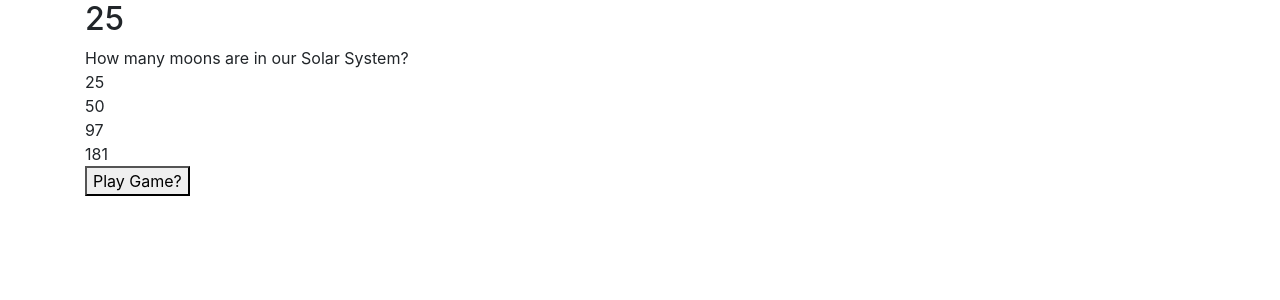
Repository: dsaftler/Trivia
Page: index.html
The author's editor kept a copy of each file at every save. The page is drawn from the files as they stood at one save, then again after the next save.
The browser window is 1280 px wide. The pictures show the whole page.

Above is the page before, as saved 2019-04-12 23:01:47.

### index.html
<!DOCTYPE html>
<html lang="en">
<head>
  <meta charset="UTF-8">
  <meta name="viewport" content="width=device-width, initial-scale=1.0">
  <meta http-equiv="X-UA-Compatible" content="ie=edge">
  <link rel="stylesheet" href="https://stackpath.bootstrapcdn.com/bootstrap/4.3.1/css/bootstrap.min.css"
    integrity="sha384-ggOyR0iXCbMQv3Xipma34MD+dH/1fQ784/j6cY/iJTQUOhcWr7x9JvoRxT2MZw1T" crossorigin="anonymous">
  <!-- custom css -->
  <link rel="stylesheet" href="assets/css/style.css" type="text/css">

  <title>Trivia Game</title>
</head>
<body>
<div class="container">
  <div class="showTimer"><span id="timer"></span></div>
  <div class="showQuestion"><span id="question"></span></div>
  <div class="showAnswer"><span id="answer"></span></div>
  <div id="showWinsCnt"><span id="wins"></span></div>
  <div id="showLoseCnt"><span id="wrongs"></span></div>
  <div id="showMissCnt"><span id="misses"></span></div>
  <div class="answers" id="answer0"></div>
  <div class="answers" id="answer1"></div>
  <div class="answers" id="answer2"></div>
  <div class="answers" id="answer3"></div>
  <button id="newGame">Play Game?</button>
  <!-- <button id="temp1" onclick="newQuestion()">Next Question?</button> -->
</div>

<!-- bootstrap scripts -->
<script src="https://code.jquery.com/jquery-3.3.1.slim.min.js"
  integrity="sha384-q8i/X+965DzO0rT7abK41JStQIAqVgRVzpbzo5smXKp4YfRvH+8abtTE1Pi6jizo" crossorigin="anonymous"></script>
<script src="https://cdnjs.cloudflare.com/ajax/libs/popper.js/1.14.7/umd/popper.min.js"
  integrity="sha384-UO2eT0CpHqdSJQ6hJty5KVphtPhzWj9WO1clHTMGa3JDZwrnQq4sF86dIHNDz0W1" crossorigin="anonymous"></script>
<script src="https://stackpath.bootstrapcdn.com/bootstrap/4.3.1/js/bootstrap.min.js"
  integrity="sha384-JjSmVgyd0p3pXB1rRibZUAYoIIy6OrQ6VrjIEaFf/nJGzIxFDsf4x0xIM+B07jRM" crossorigin="anonymous"></script>
<script src="assets/javascript/app.js"></script>


</body>
</html>

### assets/css/style.css
.showTimer
.showQuestion
.showAnswer
.showWinsCnt
.showLoseCnt
.answers

### assets/javascript/app.js
// Advanced game has a 30 second timer that counts down to 0 for each question
// If the timer is 0 OR  a wrong answer is chosen:
  // show the correct answer for 5 seconds
// display a new question
// restart the timer with no user interaction

// questions are contained in an array with question, array of answers, index of correct answer
// question shows in questionId
// "Correct"  or "Correct Answer" shows in answerId
// 4 possible answers show in 4 clickable buttons
// buttons have hover behavior
//  only one can be selected (by click)

// scores for Wins, Losses, and Unanswered are kept (correct, wrong, timer ==0)
// ask to play again in link
// click on play restarts the game without re-loading the page

var qArray =[];
var wins, wrongs, misses, seconds;
var correctAnswerId;
var timer;
var seconds;
var isNewGame = true;
var timerRunning=false;
var i;

// var States = {
//   PREGAME: 1,
//   PLAYING: 2,
//   GAMEOVER: 3,
//   YOUWON: 4
// };
// var GameState = States.PREGAME;


$(document).ready(function () {
  initGame();


  $(".answers").click(function() {
    stopTimer();
    var $target = $(this).attr("id")
    for(let j = 0; j<4; j++) {
      jtarget = "answer" + j
      //console.log(jtarget)
      if (jtarget === $target){
        if (j === correctAnswerId){
          win();
        } else {
          lose();
        }
      }
    }
  })
})

function initGame() {

  wins = 0;
  wrongs = 0;
  misses = 0;
  i = 0;
  loadQuestions();
  newQuestion(i);
  //qArray.jsGameState = States.PLAYING;
 // newQuestion();
}


function newQuestion(i)
{
  // show game pieces: question, answers
  console.log(qArray[i]);
  $("#question").text(qArray[i].question);
  $("#answer0").text(qArray[i].ansArray[0]);
  console.log(qArray[i].ansArray[0]);
  $("#answer1").text(qArray[i].ansArray[1]);
  $("#answer2").text(qArray[i].ansArray[2]);
  $("#answer3").text(qArray[i].ansArray[3]);
  correctAnswerId = qArray[i].correct;
  console.log(qArray[i].ansArray[correctAnswerId]);
  info = qArray[i].extra;
  seconds = 30;
  showTime();
  timer = setInterval(tick, 1000);

}





function closeGame()
{
  $("#wins").text(wins);
  $("#wrongs").text(wrongs);
  $("#misses").text(misses);
  $("#newGame").show();
}


//  The decrement function.
function tick()
{
  //  Decrease number by one.

  seconds--;
  if (seconds < 0) {
    //  ...run the stop function.
    stopTimer()
    //  Alert the user that time is up.
    miss();
    //document.getElementById("temp1").style.display = "block";
    return;
  }
  showTime();

}

function stopTimer()
{
  clearInterval(timer);
}

//  Execute the run function.
function showTime()
{
 $("#timer").html("<h2>" + seconds + "</h2>");
 console.log(seconds);
}
function win() {
  alert("Correct");
  wins++;
  newQuestion(i++);
}
function lose() {
  alert("Incorrect")
  wrongs++
  newQuestion(i++);
}
function Miss(){
  misses++;
  newQuestion(i++);
 // showMisses
}
function loadQuestions(){
qArray = [
    {
      question: "How many moons are in our Solar System?",
      correct: 3,
      ansArray: [25, 50, 97, 181],
      extra: "These moons (also known as natural satellites) vary greatly in size and quantity per planet. For example, the largest moon is Jupiter’s Ganymede, and the smallest is Mar’s Deimos. Ganymede has a diameter of 3,273 miles, and Deimos has a diameter of 7 miles."
    },
    {
      question: "What percent of the universe is dark matter? (Plus or minus 2%.)",
      correct: 1,
      ansArray: ["15%", "27%", "50%", "80%"],
      extra: "The rest of the universe is around 68% dark energy, and less than 5% of the universe is made up of what we would consider ‘normal’ matter. This means that roughly 80% of the mass of the universe is made up of material we cannot see."
    },
    {
      question: "What is the most common type of star found in the Milky Way?",
      correct: 1,
      ansArray: ["Neutron stars", "Red dwarf stars", "Supernovae", "G-type"],
      extra: "Red dwarf stars make up an estimated ¾ of all stars found in the Milky Way. The surface temperature of red dwarf stars is less than 4,000 Kelvin, and they have a very low luminosity and therefore cannot be easily seen. In fact, from Earth not one red dwarf star can be seen with the naked eye. Since they develop very slowly and are constant for trillions of years, there are actually no advanced stars of this type in our galaxy because our galaxy is too young!"
    },
    {
      question: "What is the closest star to the Sun?",
      correct: 0,
      ansArray: ["Proxima Centauri", "Tau Ceti", "51 Pegasi", "Rigel"],
      extra: "Proxima Centauri is a red dwarf star located in Alpha Centauri system, which is in the Centaurus constellation. Alpha Centauri is actually a triple star system with Proxima Centauri being the closest to the sun. It is 4.24 light years away from the sun, and is not visible to the naked eye from Earth."
    },
    {
      question: "What has a gravitational pull so strong that even light cannot escape it?",
      correct: 2,
      ansArray: ["Quantum gravity well", "3rd law of thermodynamics", "Black hole", "Mutual attraction"],
      extra: "Black holes are one of the deadliest things in the universe. They are formed when a star with a mass more than three times that of our sun dies and collapses onto itself after an explosion called a supernova. Black holes can siphon the gas out of stars until they vanish. They can even break apart and swallow planets."
    },
    {
      question: "Which NASA space flight was the last manned mission to the moon?",
      correct: 3,
      ansArray: ["Skylab 4", "Gemini 12", "Skynet 3", "Apollo 17"],
      extra: "Apollo 17 launched on December 7, 1972 as the first night launch done by NASA. It was also the final mission of NASA’s Apollo program. Apollo 17 was the last time humans traveled beyond low Earth orbit. The mission also boasted that at the time it had the longest moon landing, largest lunar samples, longest time in orbit, and the longest total moonwalks."
    },
    {
      question: "What is the longest continuous time a human has spent in space? (Plus or minus 20 days.)",
      correct: 2,
      ansArray: ["37 days", "189 days", "437 days", "500 days"],
      extra: "This amounts to more than 14 months in space. This feat was accomplished by Valeri Polyakov, a Russian astronaut who stayed aboard the Mir space station from January 1994 to March 1995. When Polyakov retired he had over 678 cumulative days in space, and his combined space time was over 22 months."
    },
    {
      question: "How much time does sun rays take to reach earth?",
      correct: 2,
      ansArray: ["58 seconds", "3.5 minutes", "8 minutes", "14 minutes"],
      extra: "The speed of light in vacuum, commonly denoted c, is a universal physical constant important in many areas of physics. Its exact value is299,792,458 meters per second (approximately 300,000 km/s (186,000 mi/s))."
    },
    {
      question: "When the Halley’s Comet will be visible from Earth again?",
      correct: 3,
      ansArray: ["2024", "2039", "2042", "2061"],
      extra: "Halley's Comet is arguably the most famous comet. It is a ‘periodic’ comet and returns to Earth's vicinity about every 75 years, making it possible for a human to see it twice in his or her lifetime. The last time it was here was in 1986, and it is projected to return in 2061."
    },
    {
      question: "How long was the shortest space flight?",
      correct: 0,
      ansArray: ["15 minutes", "73 minutes", "4.5 hours", "3 days"],
      extra: "This occurred on May 5, 1961 when Alan Shepard achieved an altitude of 115 miles in NASA’s Freedom 7. He was also the first American in space. Shepard later went on to become the oldest person to walk on the surface of the moon. He achieved this in 1971 during the Apollo 14 mission. At the time, he was 47 years old."
    }
  ]
  console.log(qArray);
};

After the next save:
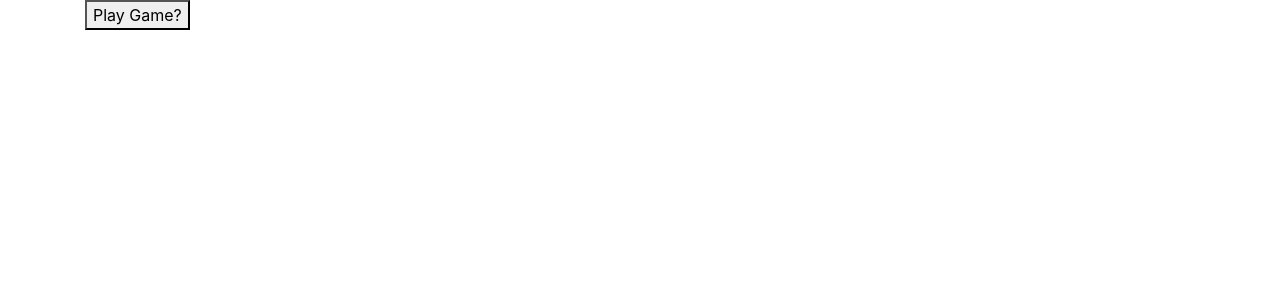
Saved 6 min 26 s later.
--- a/assets/javascript/app.js
+++ b/assets/javascript/app.js
@@ -34,7 +34,7 @@ var i;
 
 
 $(document).ready(function () {
-  initGame();
+  //initGame();
 
 
   $(".answers").click(function() {
@@ -70,6 +70,8 @@ function initGame() {
 function newQuestion(i)
 {
   // show game pieces: question, answers
+  if(i>qArray.length);
+
   console.log(qArray[i]);
   $("#question").text(qArray[i].question);
   $("#answer0").text(qArray[i].ansArray[0]);
